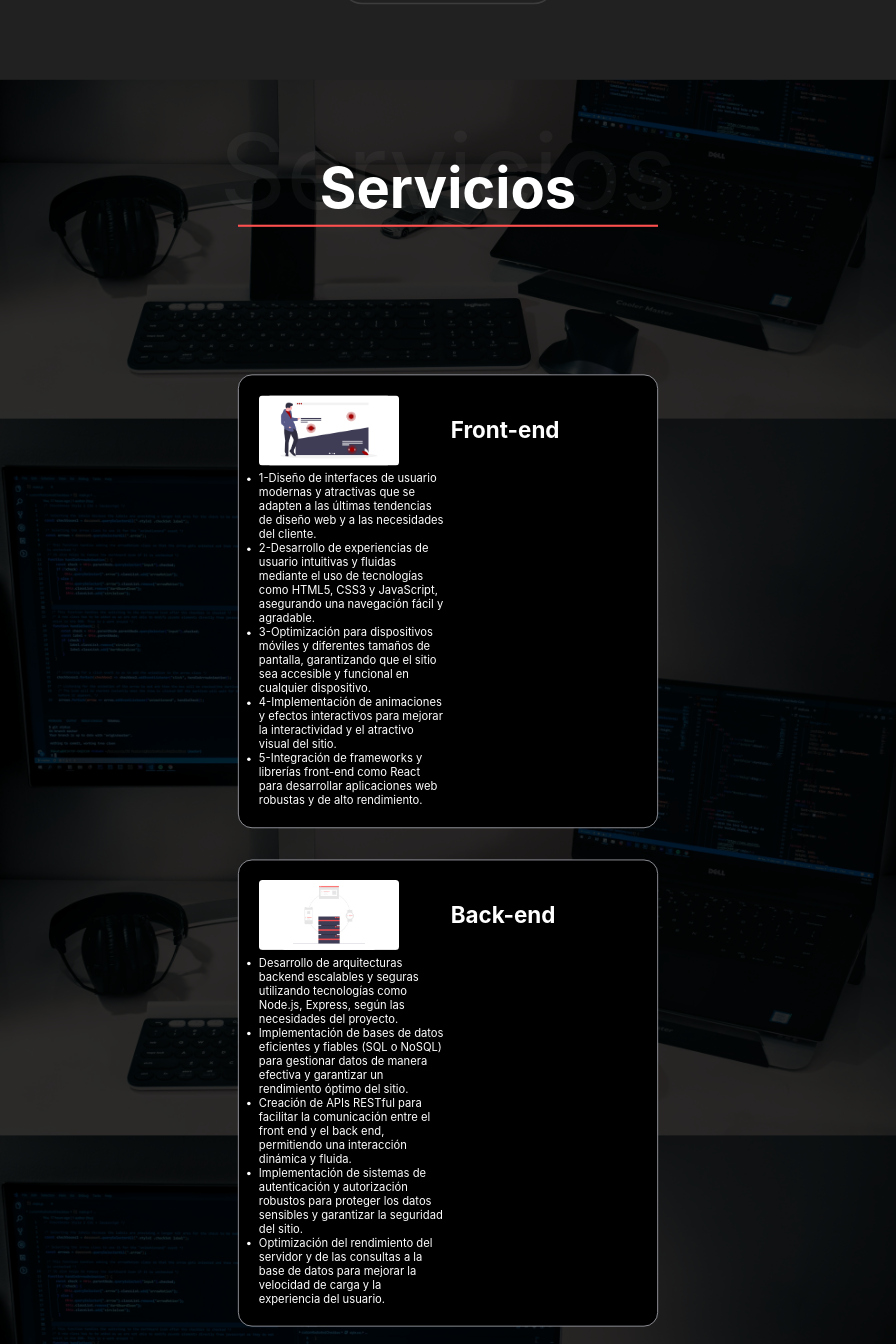
Repository: DamianBermudez94/DB-Porfolio
Page: /
These files come from the project's save history. The page is drawn as it stood at one moment and after the next save; the edit follows.
The browser window is 1280 px wide. The pictures show the part of the page from y = 1450 to 3370 px (the page is 6185 px tall), at 70% of full size.
Backgrounds fixed to the window are drawn as part of the page. Some web libraries are served in a nearby version. The project was rebuilt for these pictures with package versions that can differ from the ones it lists, and the page was loaded fresh each time. Also part of the build but not shown: vite.config.js, src/components/Conocimientos/styles.css, src/components/Conocimientos/Conocimientos.jsx, src/pages/AcerdaDe.jsx, src/components/Contacto/styles.css, src/components/Contacto/Contact.jsx, src/pages/contacto.jsx, src/data/trabajos.js and 4 more.

Above is the page before, as saved 2024-04-02 09:55:11.

After the next save:
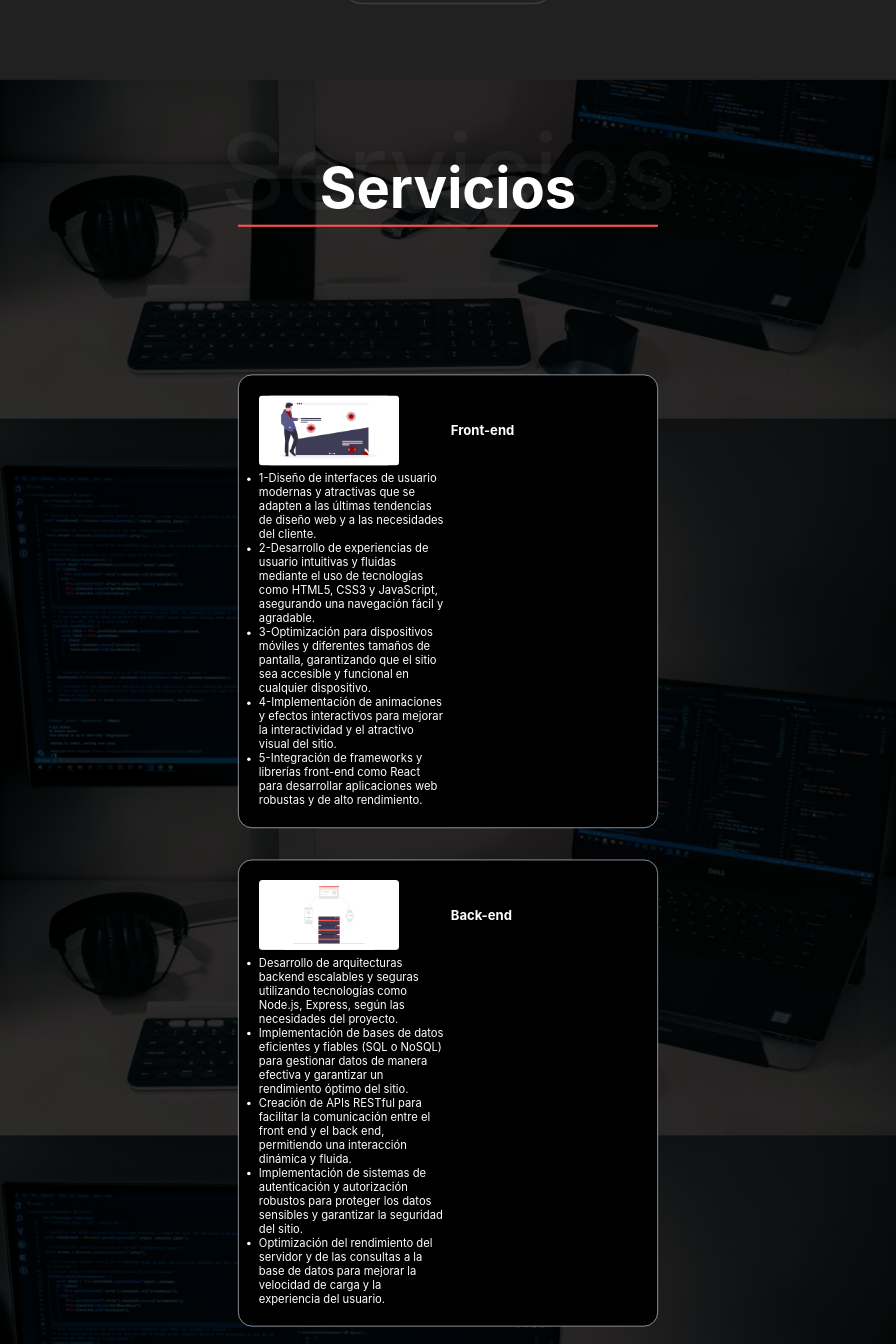
Saved 83 s later.
--- a/src/components/Servicios/styles.css
+++ b/src/components/Servicios/styles.css
@@ -62,16 +62,6 @@
   background-color: #fff;
   color: #fff;
   border-radius: 5px;
-}
-
-.text-title {
-  font-size: 2em;
-}
-.text-body {
-  grid-column: span 2;
-  color: #fff;
-  font-size: 1.3em;
-  padding: 5px;
 }
 
 .card:hover {

After the save that followed:
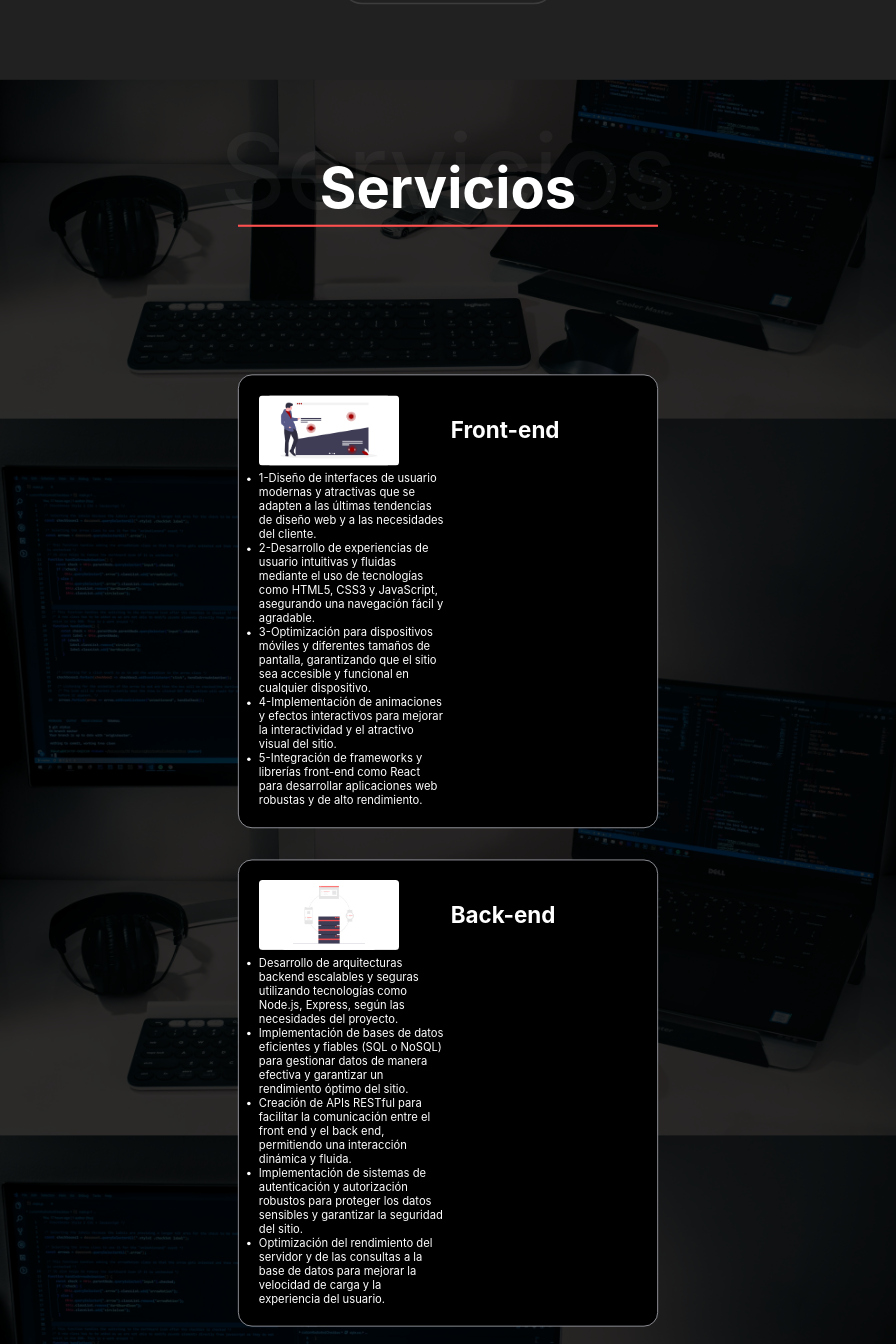
Saved 6 s later.
--- a/src/components/Servicios/styles.css
+++ b/src/components/Servicios/styles.css
@@ -63,6 +63,11 @@
   color: #fff;
   border-radius: 5px;
 }
+
+.text-title {
+  font-size: 2em;
+}
+
 
 .card:hover {
   border-color: #fa9484;
